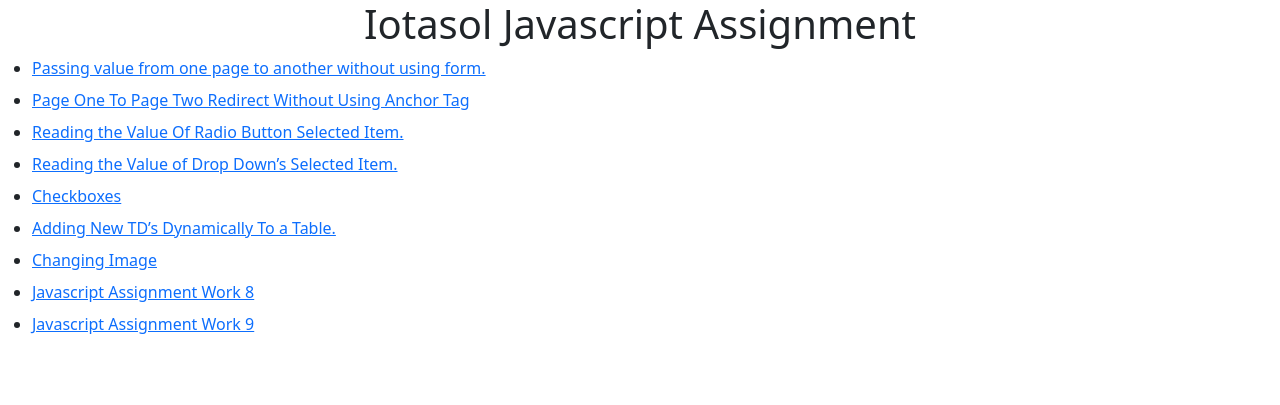
Repository: ishanbassi/iotasol-assignments
Page: /
The author's editor kept a copy of each file at every save. The page is drawn from the files as they stood at one save, then again after the next save.
The browser window is 1280 px wide. The pictures show the whole page.
The project was rebuilt for these pictures with package versions that can differ from the ones it lists, and the page was loaded fresh each time. The framework's server and built-in components were replaced by stand-ins that run in the browser. Also part of the build but not shown: styles/global.css.

Above is the page before, as saved 2022-11-11 16:13:55.

### pages/_app.tsx
import "../styles/global.css"
import 'bootstrap/dist/css/bootstrap.min.css';
export default function App({Component,ComponentProps}){
    return(
        <Component {...ComponentProps}/>
    )
}

### pages/index.tsx
import styles from '../styles/home.module.css'
import Link from 'next/link'
export default function Home() {
  return(
    <>
      <header className={styles.header}>
        <h1>Iotasol Javascript Assignment</h1>
      </header>

      <ul className={styles.taskList}>
        <li>
          <Link href="/iotasol/work-1">Passing value from one page to another without using form.</Link>
        </li>
        <li>
          <Link href="/iotasol/work-2">Page One To Page Two Redirect Without Using Anchor Tag</Link>
        </li>
        <li>
          <Link href="/iotasol/work-3">Reading the Value Of Radio Button Selected Item.</Link>
        </li>
        <li>
          <Link href="/iotasol/work-4">Reading the Value of Drop Down’s Selected Item.</Link>
        </li>
        <li>
          <Link href="/iotasol/work-5">Checkboxes</Link>
        </li>
        <li>
          <Link href="/iotasol/work-6">Adding New TD’s Dynamically To a Table.</Link>
        </li>
        <li>
          <Link href="/iotasol/work-7">Changing Image</Link>
        </li>
        <li>
          <Link href="/iotasol/work-8">Javascript Assignment Work 8</Link>
        </li>
        <li>
          <Link href="/iotasol/work-9">Javascript Assignment Work 9</Link>
        </li>
      </ul>

    </>

  )
}

### styles/Home.module.css
.header{
    text-align: center;
}
.taskList>li{
    padding-bottom:.5em;
}

After the next save:
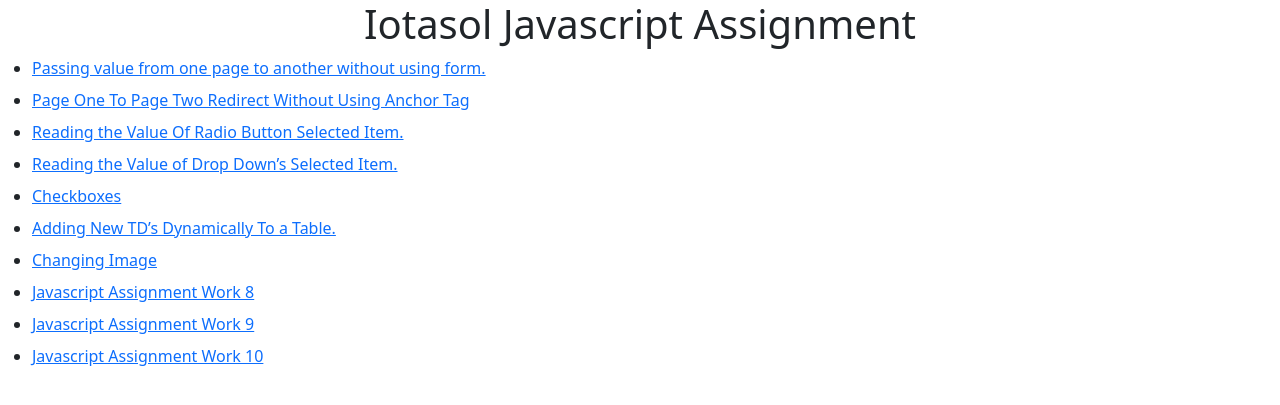
Saved 29 s later.
--- a/pages/index.tsx
+++ b/pages/index.tsx
@@ -35,6 +35,9 @@ export default function Home() {
         <li>
           <Link href="/iotasol/work-9">Javascript Assignment Work 9</Link>
         </li>
+        <li>
+          <Link href="/iotasol/work-10">Javascript Assignment Work 10</Link>
+        </li>
       </ul>
 
     </>
